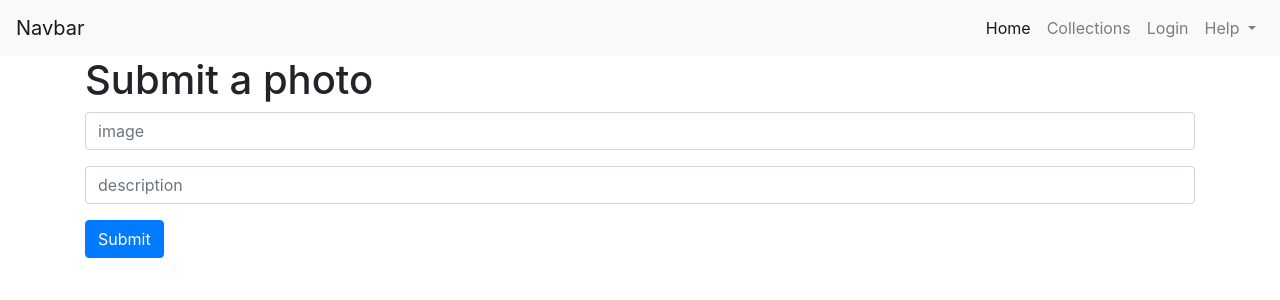
Repository: mtdagar/Art-Page-Project
Page: http://localhost/posts/new
The author's editor kept a record of every edit. The page is drawn from the files as they stood at one moment, then again after the next edit.
The browser window is 1280 px wide. The pictures show the whole page.
The page is served by the project's Node server (app.js).

Above is the page before.

### views/new.ejs
<% include ./partials/header %>

<div class="container">
    <div clas="row">
        <h1 class="heading-center">Submit a photo</h1>

        <div class="form-center">
            <form action="/posts" method="POST">
                <div class="form-group">
                    <input type="text" class="form-control" name="post[image]" placeholder="image">
                </div>
                <div class="form-group">
                    <input type="text" class="form-control" name="post[description]" placeholder="description">
                </div>
                <div class="form-group">
                    <input type="submit" class="btn btn-primary">
                </div>
            </form>
        </div>
    </div>
</div>

<% include ./partials/footer %>

### views/partials/header.ejs
<html>
    <head>
        <title>Art Page</title>
        <!-- Bootstrap CDN -->
        <link rel="stylesheet" href="https://stackpath.bootstrapcdn.com/bootstrap/4.1.3/css/bootstrap.min.css" integrity="sha384-MCw98/SFnGE8fJT3GXwEOngsV7Zt27NXFoaoApmYm81iuXoPkFOJwJ8ERdknLPMO" crossorigin="anonymous">

    </head>

    <body>

        <!-- Bootstrap dependencies -->
        <script src="https://code.jquery.com/jquery-3.3.1.slim.min.js" integrity="sha384-q8i/X+965DzO0rT7abK41JStQIAqVgRVzpbzo5smXKp4YfRvH+8abtTE1Pi6jizo" crossorigin="anonymous"></script>
        <script src="https://cdnjs.cloudflare.com/ajax/libs/popper.js/1.14.3/umd/popper.min.js" integrity="sha384-ZMP7rVo3mIykV+2+9J3UJ46jBk0WLaUAdn689aCwoqbBJiSnjAK/l8WvCWPIPm49" crossorigin="anonymous"></script>
        <script src="https://stackpath.bootstrapcdn.com/bootstrap/4.1.3/js/bootstrap.min.js" integrity="sha384-ChfqqxuZUCnJSK3+MXmPNIyE6ZbWh2IMqE241rYiqJxyMiZ6OW/JmZQ5stwEULTy" crossorigin="anonymous"></script>


        <!-- Navbar -->
        <nav class="navbar navbar-expand-lg navbar-light bg-light">
          <a class="navbar-brand" href="#">Navbar</a>
          <button class="navbar-toggler" type="button" data-toggle="collapse" data-target="#navbarNavDropdown" aria-controls="navbarNavDropdown" aria-expanded="false" aria-label="Toggle navigation">
            <span class="navbar-toggler-icon"></span>
          </button>
          <div class="collapse navbar-collapse" id="navbarNavDropdown">
            <ul class="navbar-nav ml-auto">
              <li class="nav-item active">
                <a class="nav-link" href="#">Home <span class="sr-only">(current)</span></a>
              </li>
              <li class="nav-item">
                <a class="nav-link" href="#">Collections</a>
              </li>
              <li class="nav-item">
                <a class="nav-link" href="#">Login</a>
              </li>
              <li class="nav-item dropdown">
                <a class="nav-link dropdown-toggle" href="#" id="navbarDropdownMenuLink" role="button" data-toggle="dropdown" aria-haspopup="true" aria-expanded="false">
                  Help
                </a>
                <div class="dropdown-menu dropdown-menu-right" aria-labelledby="navbarDropdownMenuLink" >
                  <a class="dropdown-item" href="#">About us</a>
                  <a class="dropdown-item" href="#">Contact us</a>
                  <a class="dropdown-item" href="#">Something else</a>
                </div>
              </li>
            </ul>
          </div>
        </nav>

### app.js
var bodyParser  = require("body-parser"),
    mongoose    = require("mongoose"),
    express     = require("express"),
    app         = express();



//APP CONFIG
mongoose.connect("mongodb://localhost/art_page_project", { useNewUrlParser: true });
app.set("view engine", "ejs");
//app.use(express.static("public"));
app.use('/static', express.static('public'))
app.use(bodyParser.urlencoded({extended: true}));



//MONGOOSE/MODEL CONFIG
var postSchema = new mongoose.Schema({
    image: String,
    description: String,
    created: {type: Date, default: Date.now}
});

var Post = mongoose.model("Post", postSchema);

/**
Post.create({
    image: "https://images.unsplash.com/photo-1540057091285-cea1a54ecbc8?ixlib=rb-0.3.5&ixid=eyJhcHBfaWQiOjEyMDd9&s=a3331b8e5f637b077435a047d79a2058&auto=format&fit=crop&w=500&q=60",
    description: "Hazy days"
});
**/


//RESTFUL ROUTES
app.get("/", function(req, res) {
   res.redirect("/posts");
});


//INDEX ROUTE
app.get("/posts", function(req, res){
    Post.find({}, function(err, posts){
        if(err){
            console.log("error!");
        }else{
            res.render("index", {posts: posts});
        }
    });
});


//NEW ROUTE
app.get("/posts/new", function(req, res){
   res.render("new");
});


//CREATE ROUTE
app.post("/posts", function(req, res){
    Post.create(req.body.post, function(err, newPost){
        if(err){
            res.render("new");
            prompt("Error uploading your photo.\n" + err);
        }else{
            res.redirect("/posts");
        }
    });
});


app.listen(process.env.PORT, process.env.IP, function(){
    console.log("SERVER STARTED!");
})

Loaded but not shown: views/partials/footer.ejs (common file)

After the next edit:
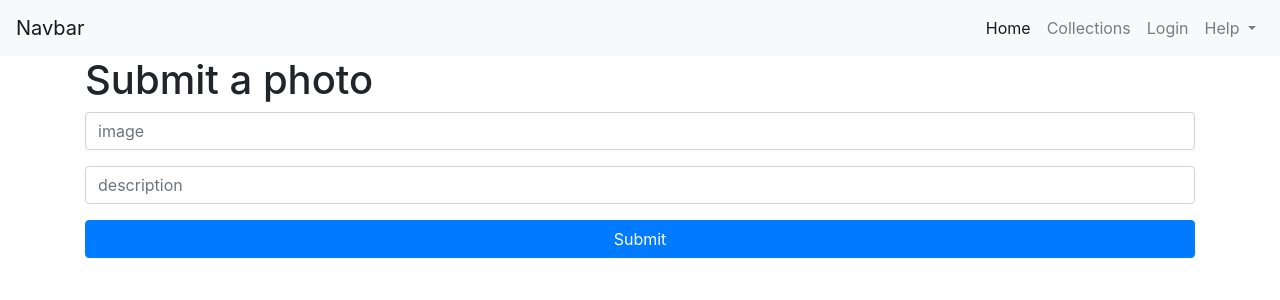
The edit:
--- a/views/new.ejs
+++ b/views/new.ejs
@@ -13,7 +13,7 @@
                     <input type="text" class="form-control" name="post[description]" placeholder="description">
                 </div>
                 <div class="form-group">
-                    <input type="submit" class="btn btn-primary">
+                    <input type="submit" class="btn btn-primary btn-block">
                 </div>
             </form>
         </div>
